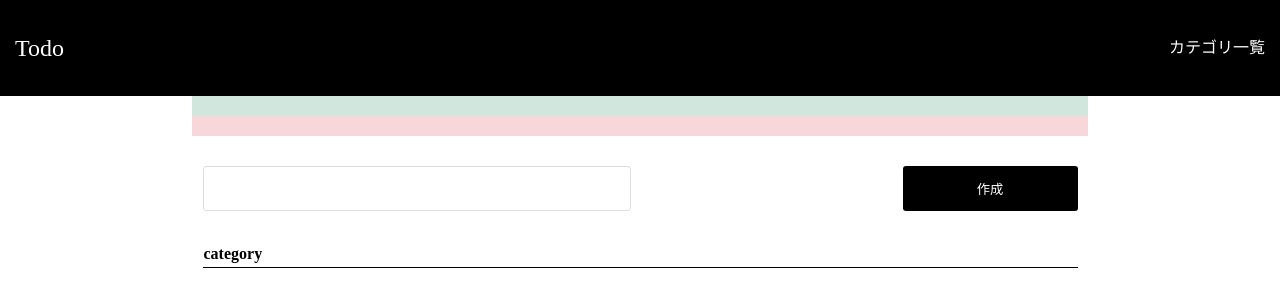
Repository: mayu-ya/todo4
Page: http://localhost/categories
The author's editor kept a copy of each file at every save. The page is drawn from the files as they stood at one save, then again after the next save.
The browser window is 1280 px wide. The pictures show the whole page.
The page is served by the project's Laravel application, run on PHP 8.4 with Laravel 8. Queries for data that is not in the repository find no rows.

Above is the page before, as saved 2026-01-13 23:25:59.

After the next save:
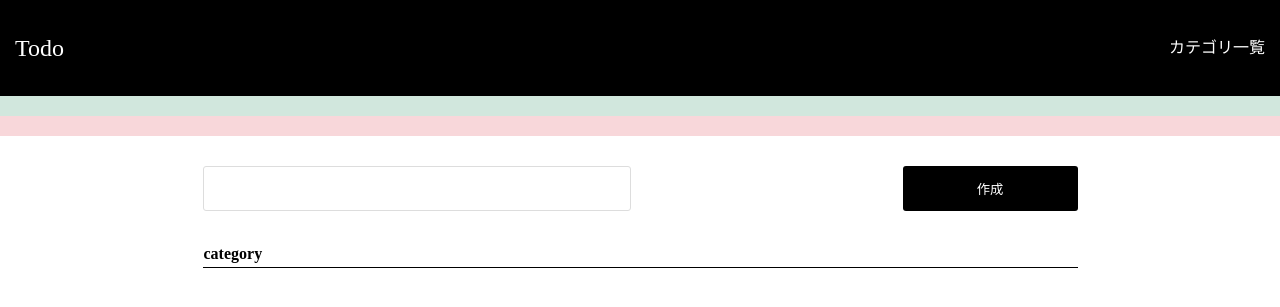
Saved 5 s later.
--- a/src/public/css/category.css
+++ b/src/public/css/category.css
@@ -18,10 +18,6 @@
     padding: 30px 15px;
 }
 
-.category-message {
-    margin: 0 auto;
-    width: 70%;
-}
 
 .category-form {
     display: flex;
